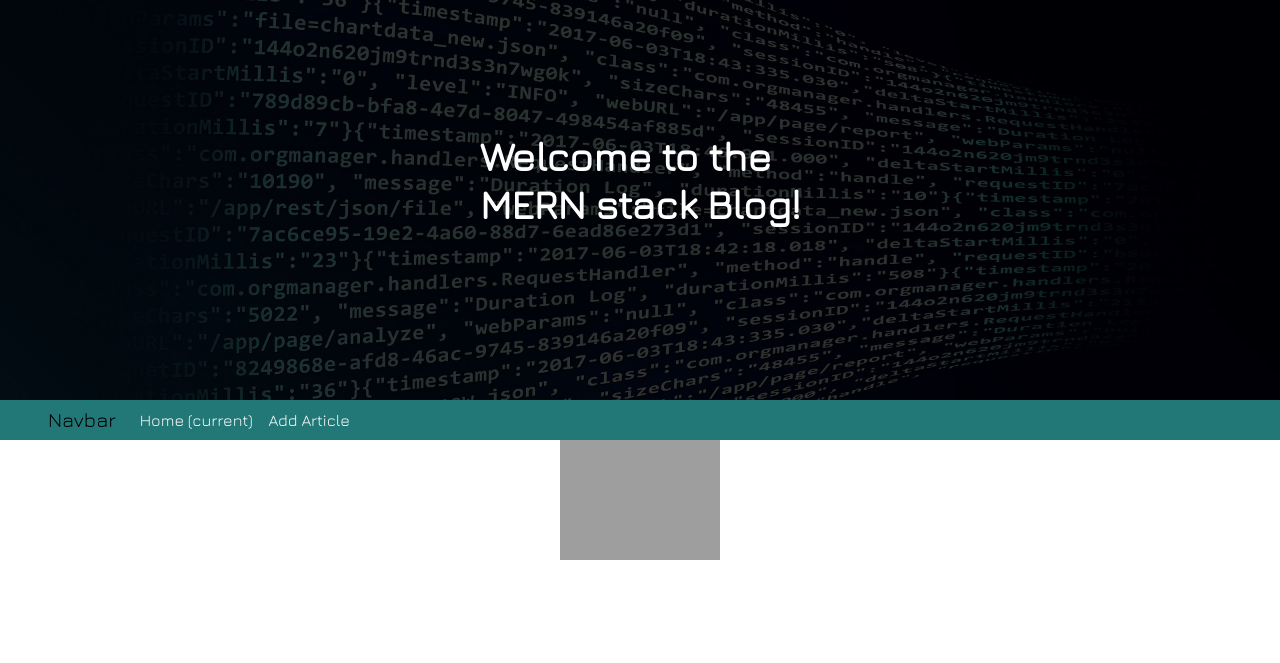
Repository: hamidmallhi/hamidmern
Page: / (app in client/)
The author's editor kept a copy of each file at every save. The page is drawn from the files as they stood at one save, then again after the next save.
The browser window is 1280 px wide. The pictures show the whole page.
Pictures or frames that could not be fetched are drawn as grey boxes. The page's requests for data from a server got no answer. The project was rebuilt for these pictures with package versions that can differ from the ones it lists, and the page was loaded fresh each time. No one was signed in, and anything a server would have sent is missing. Also part of the build but not shown: client/src/components/Article.js, client/src/components/AddArticle.js, client/src/components/EditArticle.js.

Above is the page before, as saved 2020-04-28 11:17:32.

### client/public/index.html
<!DOCTYPE html>
<html lang="en">
  <head>
    <meta charset="utf-8" />
    <link rel="icon" href="%PUBLIC_URL%/favicon.ico" />
    <meta name="viewport" content="width=device-width, initial-scale=1" />
    <meta name="theme-color" content="#000000" />
    <meta
      name="description"
      content="Web site created using create-react-app"
    />
    <link rel="apple-touch-icon" href="logo192.png" />

    <link rel="manifest" href="%PUBLIC_URL%/manifest.json" />
    <!-- Compiled and minified CSS
    <link rel="stylesheet" href="https://cdnjs.cloudflare.com/ajax/libs/materialize/1.0.0/css/materialize.min.css">-->
    <!-- google fonts -->
    <link href="https://fonts.googleapis.com/css2?family=Jura&display=swap" rel="stylesheet">
    <title>React App</title>
  </head>
  <body>
    <noscript>You need to enable JavaScript to run this app.</noscript>
    <div id="root"></div>
   <!-- Compiled and minified JavaScript
   <script src="https://cdnjs.cloudflare.com/ajax/libs/materialize/1.0.0/js/materialize.min.js"></script>-->
  </body>
</html>

### client/src/index.js
import React from 'react';
import ReactDOM from 'react-dom';
import {BrowserRouter as Router} from 'react-router-dom'
import App from './App';
ReactDOM.render(
    <Router>
    <App />
    </Router>,
    document.getElementById('root'));

### client/src/App.js
import React, {useState, useEffect} from 'react';
import {Route} from 'react-router-dom'
import './App.css';
import axios from 'axios'
import 'bootstrap/dist/css/bootstrap.min.css'
import Header from './components/layouts/Header'
import Navbar from './components/layouts/Navbar'
// import Footer from './components/layouts/Footer'
import Articles from './components/Articles'
import Article from './components/Article'
import AddArticle from './components/AddArticle'
import EditArticle from './components/EditArticle'


const App = () => {

  const [posts, setPosts] = useState([])

  const getArticles = () => {
    axios.get('/articles')
    .then(res => setPosts(res.data))
    .catch(err => console.log(err))
  }

  useEffect(() => {

    getArticles()

  },[])

  return (
      <div className="App">
        <Header />
        <Navbar />
          <Route exact path = "/" render={() => <Articles posts={posts} getArticles={getArticles} />} />
          <Route path = "/article/:id" render={(props) => <Article {...props} posts={posts}/>} />
          <Route path = "/update/:id" render={(props) => <EditArticle {...props} posts={posts}/>} />
          <Route path = "/add-article" component={AddArticle} />

      </div>
  )
}


export default App;

### client/src/App.css
:root {
  --light-green: #229;
  --dark-green: #277;

}

*{
  font-family: 'Jura', sans-serif;
  margin: 0;
  padding: 0;
  box-sizing: border-box;
}

### client/src/components/layouts/Header.js
import React from 'react'
import styled from 'styled-components'



const Header = () => {
    return (
        <div>
        <MainContainer>
        <h1>Welcome to the <br />
        MERN stack Blog!</h1>
        </MainContainer>

        </div>
    )
}

export default Header

// main container

const MainContainer = styled.header`
background: url(../../images/header-bg.jpg)no-repeat center/cover;
height: 25rem;

h1 {
    transform: translate(-50%, -50%);
    color: #fff;
    font-weight: 900;
    position: absolute;
    top: 25%;
    left: 50%;
}
`;

### client/src/components/layouts/Navbar.js
import React from 'react'
import styled from 'styled-components'
import {Link} from 'react-router-dom'


const Navbar = () => {
    return (
        <NavbarContainer>
        <nav className="navbar navbar-expand-lg navbar-light px-5 py-0">
         <Link className="navbar-brand" to="#">Navbar</Link>
         <button className="navbar-toggler"
         type="button"
         data-toggle="collapse"
         data-target="#navbarSupportedContent"
         aria-controls="navbarSupportedContent"
         aria-expanded="false"
         aria-label="Toggle navigation"
         >
          <span className="navbar-toggler-icon"></span>
         </button>

         <div className="collapse navbar-collapse" id="navbarSupportedContent">
          <ul className="navbar-nav ml-auto">
            <li className="nav-item active">
              <Link className="nav-link" to="/">Home <span className="sr-only">(current)</span></Link>
            </li>
            <li className="nav-item">
              <Link className="nav-link" to="/add-article">
              Add Article
              </Link>
            </li>
          </ul>
        </div>
        </nav>
        </NavbarContainer>
    )
}

export default Navbar

// main navbar container

const NavbarContainer = styled.div`
    background: var(--dark-green);
    .nav-link {
        color: #fff !important;
        &:hover {
          background: var(--light-green);
        }
    }

`;

### client/src/components/Articles.js
import React, {useState, useEffect} from 'react'
import styled from 'styled-components'
import spinner from './spinner1.gif'
import {Link} from 'react-router-dom'
import axios from 'axios'



const Articles = ({posts, getArticles}) => {

    // to run the function getArticles() in useEffect hook (from App.js through props)
    useEffect(getArticles, [])

    const [articles, setArticles] = useState([])

      // delete article by id
    const deleteArticle = id => {

        axios.delete(`/articles/${id}`)
        .then(res => alert(res.data))
        setArticles(articles.filter(article => article._id !== id))
        getArticles()
    }


    return (
        <MainContainer>
            {!posts.length ? <img src={spinner} alt="loading.." /> :

                posts.map((article, key) => (
                <div className="container" key={key}>

                <h2>{article.title}</h2>

                {(article.article).length > 500 ?
                    (
                    <div>
                       { (article.article).substring(0, 500) }
                       <span> ...</span>
                       <Link to={{
                        pathname: `/article/${article._id}`
                        }}>
                        <p>read more...</p>
                        </Link>
                    </div>
                    ) :
                    <p>
                        {article.article}
                    </p>
                }

                <span className="badge badge-secondary p-2">
                {article.author}
                </span>
                <div className="row my-5">
                    <div className="col-sm-2">
                        <Link to={`/update/${article._id}`} className="btn btn-outline-success">
                        Edit Article
                        </Link>
                    </div>
                    <div className="col-sm-2">
                        <button onClick={() => deleteArticle(article._id)} className="btn btn-outline-danger">
                        Delete Article
                        </button>
                    </div>
                </div>
                <hr />
                </div>
            ))}
        </MainContainer>
    )
}

export default Articles

// main container

const MainContainer = styled.div`
    margin: 7rem, 0;

    img {
        width: 10rem;
        display: block;
        margin: 0 auto;
    }
`;

### client/src/components/layouts/Footer.js
import React from 'react'
import styled from 'styled-components'



const Footer = () => {
    return (
        <FooterContainer>

            <span
            style={{
                color: "#fff",
                top: "1.5rem",
                left: "1rem",
                position: "relative"
            }}
            >

                &copy;{new Date().getFullYear()}  All Rights Reserved: code with mallhi.
            </span>
        </FooterContainer>
    )
}

export default Footer


// footer container

const FooterContainer = styled.footer`
    background: #344;
    height: 4rem;
    left: 0;
    bottom:0;
    width: 100%;
`;

After the next save:
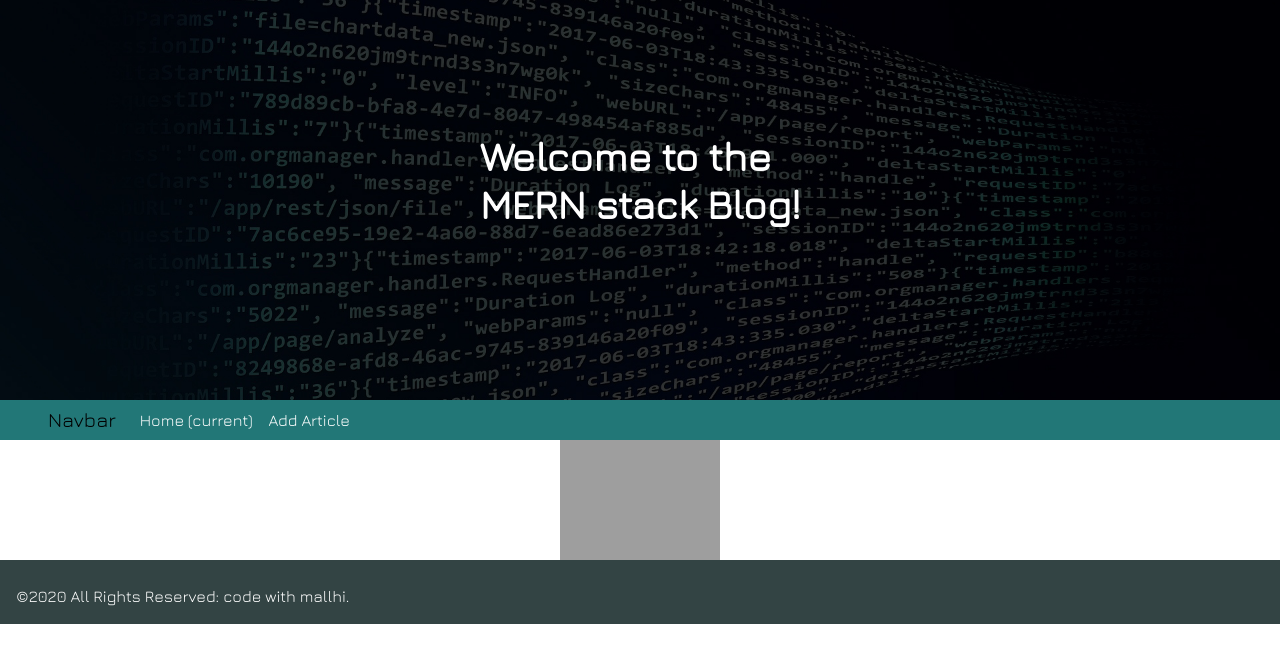
Saved 73 s later.
--- a/client/src/App.js
+++ b/client/src/App.js
@@ -5,7 +5,7 @@ import axios from 'axios'
 import 'bootstrap/dist/css/bootstrap.min.css'
 import Header from './components/layouts/Header'
 import Navbar from './components/layouts/Navbar'
-// import Footer from './components/layouts/Footer'
+import Footer from './components/layouts/Footer'
 import Articles from './components/Articles'
 import Article from './components/Article'
 import AddArticle from './components/AddArticle'
@@ -36,7 +36,7 @@ const App = () => {
           <Route path = "/article/:id" render={(props) => <Article {...props} posts={posts}/>} />
           <Route path = "/update/:id" render={(props) => <EditArticle {...props} posts={posts}/>} />
           <Route path = "/add-article" component={AddArticle} />
-
+          <Footer />
       </div>
   )
 }
